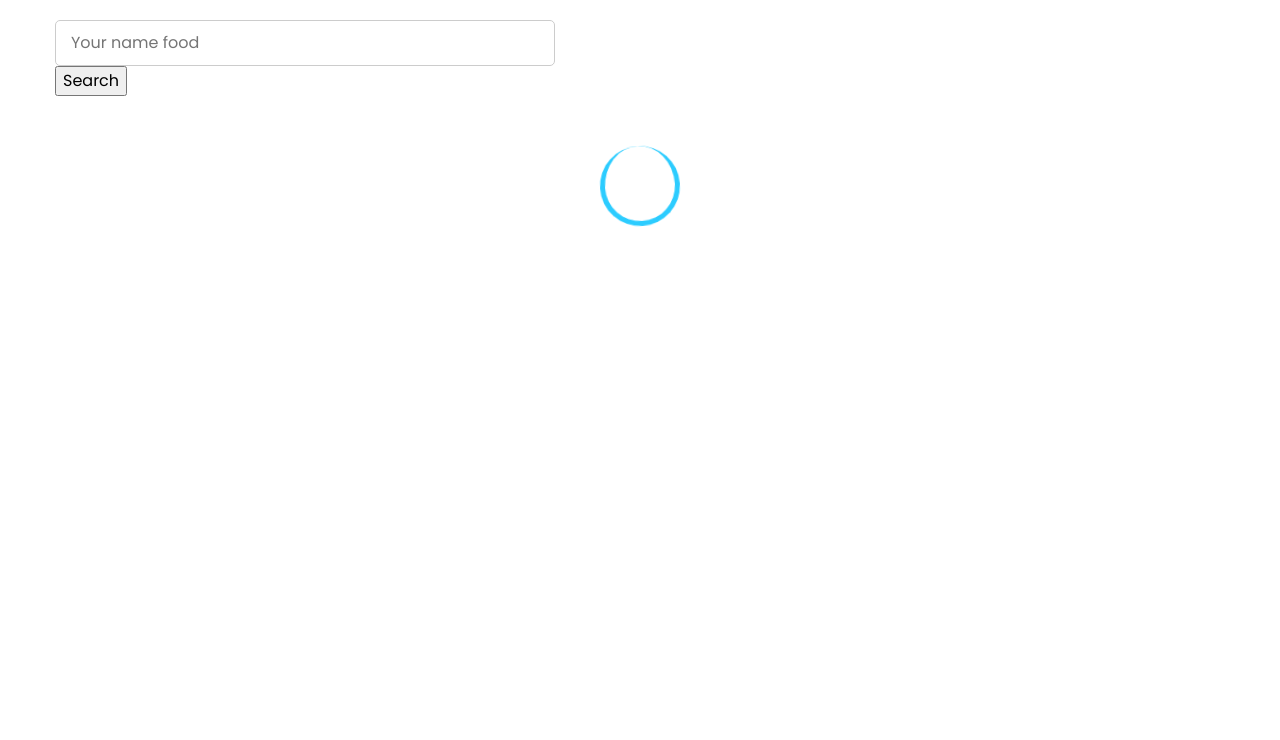
Repository: hoang0508/ReactJsDevWork
Page: /
These files come from the project's save history. The page is drawn as it stood at one moment and after the next save; the edit follows.
The browser window is 1280 px wide. The pictures show the whole page.
The page's requests for data from a server got no answer. The project was rebuilt for these pictures with package versions that can differ from the ones it lists, and the page was loaded fresh each time. No one was signed in, and anything a server would have sent is missing.

Above is the page before, as saved 2022-02-05 20:35:04.

### src/index.scss
body {
  margin: 0;
  font-family: "Poppins", sans-serif;
  font-size: 16px;
  -webkit-font-smoothing: antialiased;
  -moz-osx-font-smoothing: grayscale;
}

code {
  font-family: source-code-pro, Menlo, Monaco, Consolas, "Courier New",
    monospace;
}

### src/App.js
import "./App.scss";
// import Button from "./components/Button/Button";
import Food from "./components/FoodApi/Food";

function App() {
  return (
    <>
      {/* <div>Hello</div> */}
      <Food />
      {/* <Button /> */}
    </>
  );
}

export default App;

### src/App.scss
@import url("https://fonts.googleapis.com/css2?family=Poppins:ital,wght@0,300;0,400;0,500;0,600;0,700;1,600&family=Red+Hat+Display:wght@300;400;500;600;700&display=swap");
*,
*::before,
*::after {
  box-sizing: border-box;
}
body,
h1,
h2,
h3,
h4,
h5,
h6,
p,
figure,
picture {
  margin: 0;
}
body {
  min-height: 100vh;
  line-height: 1.5;
}
input,
button,
select,
textarea {
  font: inherit;
}
img,
picture {
  display: block;
  max-width: 100%;
}
/* remove animation for people who've turned them off */
@media (prefers-reduced-motion: reduce) {
  *,
  *::before,
  *::after {
    animation-duration: 0.01ms !important;
    animation-iteration-count: 1 !important;
    transition-duration: 0.01ms !important;
    scroll-behavior: auto !important;
  }
}

// body {
//   background: #eb3349; /* fallback for old browsers */
//   background: -webkit-linear-gradient(
//     to right,
//     #f45c43,
//     #eb3349
//   ); /* Chrome 10-25, Safari 5.1-6 */
//   background: linear-gradient(
//     to right,
//     #f45c43,
//     #eb3349
//   ); /* W3C, IE 10+/ Edge, Firefox 16+, Chrome 26+, Opera 12+, Safari 7+ */
// }

### src/components/FoodApi/Food.js
import axios from "axios";
import lodash from "lodash";
import React, { useEffect, useRef, useState } from "react";
import "./Food.scss";

const Food = () => {
  // render data
  const [foodMeals, setFoodMeals] = useState([]);
  // khởi tạo data ô input
  const [queryMeals, setQueryMeals] = useState("chicken_breast");
  // Loading
  const [loadingFood, setLoadingFood] = useState(true);
  // url Link API
  const [url, setUrl] = useState(
    `https://www.themealdb.com/api/json/v1/1/filter.php?i=${queryMeals}`
  );
  const fetchDataFood = useRef();
  fetchDataFood.current = async () => {
    setLoadingFood(true);
    try {
      const reponse = await axios.get(url);
      // console.log(reponse.data?.meals);
      setFoodMeals(reponse.data?.meals);
      setLoadingFood(false);
    } catch (err) {
      console.log(err);
    }
  };
  // Fuction onChange input
  const handleChangeFood = lodash.debounce((e) => {
    setQueryMeals(e.target.value);
  }, 500);
  // useEffect
  useEffect(() => {
    fetchDataFood.current();
  }, [queryMeals]);
  return (
    <>
      <div className="food">
        <form>
          {/* input */}
          <input
            className="food-input"
            type="text"
            // defaultValue={queryMeals}
            placeholder="Your name food"
            onChange={(e) => handleChangeFood(e)}
          />
          <button className="food-btn">Search</button>
        </form>
        {/* loading */}
        {loadingFood && <div className="food-loading"></div>}
        {/* foodlist */}
        <div className="food-list">
          {!loadingFood &&
            foodMeals &&
            foodMeals.length > 0 &&
            foodMeals.map((item, index) => (
              <div className="food-item" key={item.idMeal}>
                <div className="food-image">
                  <img src={item.strMealThumb} alt="" />
                </div>
                <div className="food-title">{item.strMeal}</div>
              </div>
            ))}
        </div>
      </div>
    </>
  );
};

export default Food;

### src/components/FoodApi/Food.scss
.food {
  max-width: 1170px;
  margin: 20px auto 0;
  form {
    margin: 0 auto;
  }
  &-input {
    display: block;
    max-width: 500px;
    width: 100%;
    border: 1px solid #ccc;
    border-radius: 5px;
    padding: 10px 15px;
    outline: none;
    overflow: hidden;
    transition: all 0.25s linear;
  }
  &-input:focus {
    border-color: #2cccff;
  }
  &-list {
    display: grid;
    grid-template-columns: repeat(3, 1fr);
    grid-gap: 40px;
    margin: 40px 0 100px;
  }
  &-item {
    background-color: #fff;
    border-radius: 10px;
    border: 1px solid #ccc;
    overflow: hidden;
    cursor: pointer;
    // transition: all 0.25s linear;
  }
  &-image {
    height: 300px;
    img {
      width: 100%;
      height: 100%;
      object-fit: cover;
    }
  }
  &-title {
    text-align: center;
    margin-top: 15px;
    font-size: 20px;
    padding: 10px 0;
  }
  &-loading {
    width: 80px;
    height: 80px;
    border-radius: 100rem;
    border: 5px solid #2cccff;
    border-right: transparent;
    animation: foodLoading 2s linear infinite;
    margin: 50px auto;
  }
  @keyframes foodLoading {
    0% {
      transform: rotate(0deg);
    }
    // 50% {
    //   transform: rotate(45deg);
    // }
    100% {
      transform: rotate(360deg);
    }
  }
}

Loaded but not shown: public/index.html (common file); src/index.js (common file); src/reportWebVitals.js (common file)

After the next save:
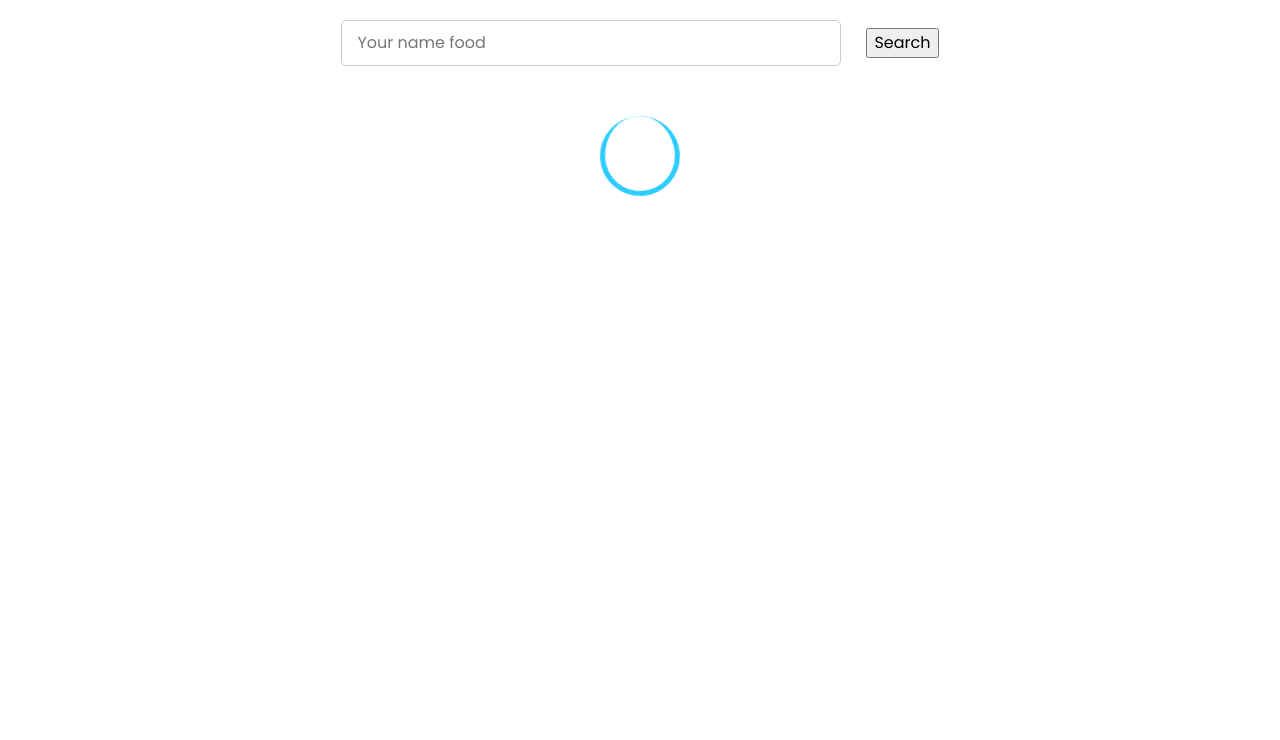
Saved 73 s later.
--- a/src/components/FoodApi/Food.scss
+++ b/src/components/FoodApi/Food.scss
@@ -2,6 +2,10 @@
   max-width: 1170px;
   margin: 20px auto 0;
   form {
+    display: flex;
+    align-items: center;
+    justify-content: center;
+    gap: 0 25px;
     margin: 0 auto;
   }
   &-input {
